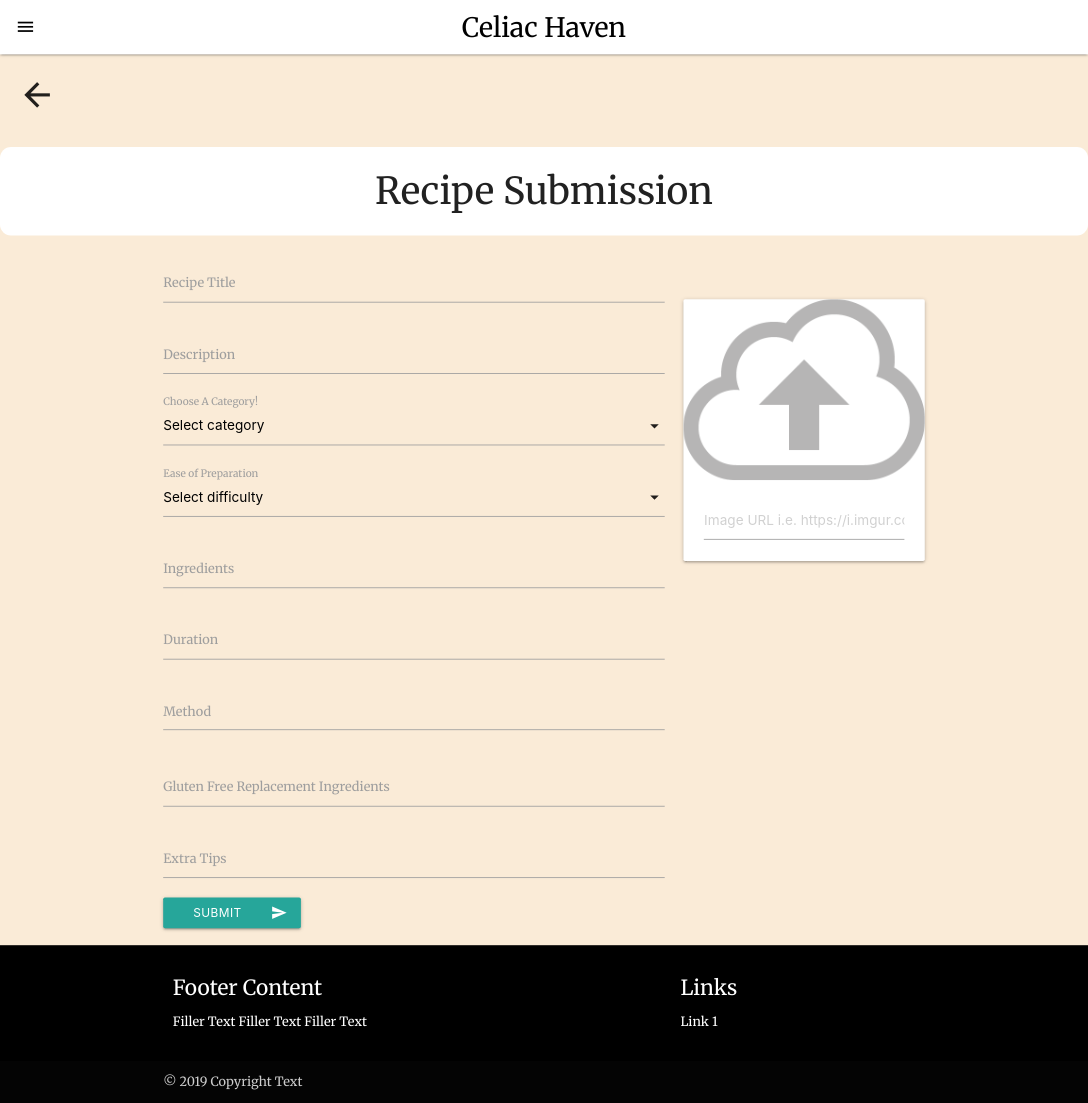
Repository: DanielJMaia/cookbook-project
Page: http://localhost/add_recipe
The author's editor kept a record of every edit. The page is drawn from the files as they stood at one moment, then again after the next edit.
The browser window is 1280 px wide. The pictures show the whole page, at 85% of full size.
Some web fonts or font styles are not loaded; a fallback is used. The page is served by the project's application, run on Flask 3 (app.py). Queries for data that is not in the repository find no rows.

Above is the page before.

### templates/add_recipe.html
{% extends 'base.html' %} {% block content %}
<div class="row">
    <div class="col s12">
        <i class="material-icons" id="back_icon">arrow_back</i>
    </div>
</div>
<h3 class="center-align" id="submit_recipe_header">Recipe Submission</h3>
<form action="{{url_for('insert_recipe')}}" method="POST" class="col s12 m8" autocomplete="off">
    <div class="container">
        <div class="row">
            <div class="col s11 m4 submit_image_spacing">
                <div class="card">
                    <div class="card-image">
                        <img src="/static/img/upload.jpg" class="image">
                    </div>
                    <div class="card-content">
                        <input id="add_image" type="text" class="validate" name="url" placeholder="Image URL i.e. https://i.imgur.com/PuHbs0g.jpg" required>
                    </div>
                </div>
            </div>
            <div class="input-field col s11 m8">
                <input id="recipe_title" type="text" class="validate" name="title" required>
                <label for="recipe_title">Recipe Title</label>
            </div>
            <div class="input-field col s11 m8">
                <input id="recipe_description" type="text" class="validate" name="description" required>
                <label for="recipe_description">Description</label>
            </div>
            <div class="input-field col s11 m8">
                <select name="category" required>
                        <option selected disabled value>Select category</option>
                    {% for cat in second_category %}
                        <option value="{{ cat.category }}" >{{ cat.category }}</option>
                    {% endfor %}
                </select>
                <label>Choose A Category!</label>
            </div>
            <div class="input-field col s11 m8">
                <select name="difficulty" required>
                        <option selected disabled value>Select difficulty</option>
                    {% for diff in difficulty %}
                        <option value="{{ diff.difficulty }}" >{{ diff.difficulty }}</option>
                    {% endfor %}
                </select>
                <label>Ease of Preparation</label>
            </div>
            <div class="input-field col s11 m8">
                <input id="ingredients" type="text" class="validate" name="ingredients" required>
                <label for="ingredients">Ingredients</label>
            </div>
            <div class="input-field col s11 m8">
                <input id="duration" type="text" class="validate" name="prep_duration" required>
                <label for="duration">Duration</label>
            </div>
            <div class="input-field col s11 m8">
                <textarea id="textarea1" class="materialize-textarea" name="method" required></textarea>
                <label for="textarea1">Method</label>
            </div>
            <div class="input-field col s11 m8">
                <input id="gf_ingredient" type="text" class="validate" name="gf_ingredient">
                <label for="gf_ingredient">Gluten Free Replacement Ingredients</label>
            </div>
            <div class="input-field col s11 m8">
                <input id="tips" type="text" class="validate" name="tips">
                <label for="tips">Extra Tips</label>
            </div>
            <div class="col s12 center-align">
                <button class="btn waves-effect waves-light button_form_min_width" type="submit" name="action">Submit
                    <i class="material-icons right">send</i>
                </button>
            </div>
        </div>
    </div>
</form>
{% endblock %}

### templates/base.html
<!DOCTYPE html>
<html lang="en">

<head>
    <meta charset="UTF-8">
    <meta name="viewport" content="width=device-width, initial-scale=1.0">
    <meta http-equiv="X-UA-Compatible" content="ie=edge">
    <title>GF Recipes!</title>

    <link rel="stylesheet" href="https://cdnjs.cloudflare.com/ajax/libs/materialize/1.0.0/css/materialize.min.css">
    <link href="https://fonts.googleapis.com/icon?family=Material+Icons" rel="stylesheet">
    <link href="https://fonts.googleapis.com/css?family=Merriweather|Solway&display=swap" rel="stylesheet">
    <link rel="stylesheet" href="{{url_for('static', filename='css/style.css')}}" type="text/css" />
</head>

<body>
    <header>
        <nav class="white">
            <div class="nav-wrapper">
                <a href="{{url_for('home')}}" class="brand-logo center black-text">Celiac Haven</a>
                <a href="#" data-target="mobile-demo" class="sidenav-trigger show-on-large"><i class="material-icons black-text">menu</i></a>
            </div>
        </nav>



        <ul class="sidenav" id="mobile-demo">
            <li><a href="{{url_for('home')}}">Home</a></li>
            <li><a href="{{url_for('add_recipe')}}">Add A Recipe</a></li>
            {% for cat in categories %}
            <li><a href="{{url_for('get_recipes', recipe_category=cat.category)}}">{{ cat.category }}</a></li>
            {% endfor %}
        </ul>


    </header>
    <main>
        {% block content %} {% endblock %}
    </main>

    <footer class="page-footer black">
        <div class="container">
            <div class="row">
                <div class="col l6 s12">
                    <h5 class="white-text">Footer Content</h5>
                    <p class="white-text text-lighten-4">Filler Text Filler Text Filler Text</p>
                </div>
                <div class="col l4 offset-l2 s12">
                    <h5 class="white-text">Links</h5>
                    <ul>
                        <li><a class="white-text text-lighten-3" href="#!">Link 1</a></li>
                    </ul>
                </div>
            </div>
        </div>
        <div class="footer-copyright">
            <div class="container">
                © 2019 Copyright Text
            </div>
        </div>
    </footer>

    <script src="https://cdnjs.cloudflare.com/ajax/libs/jquery/3.4.1/jquery.js" integrity="sha256-WpOohJOqMqqyKL9FccASB9O0KwACQJpFTUBLTYOVvVU=" crossorigin="anonymous"></script>
    <script src="https://cdnjs.cloudflare.com/ajax/libs/materialize/1.0.0/js/materialize.min.js"></script>
    <script type="text/javascript" src="/static/js/initialization.js"></script>

</body>

</html>

### app.py
import os
import env
from flask import Flask, render_template, redirect, request, url_for
from flask_pymongo import PyMongo
from bson.objectid import ObjectId

app = Flask(__name__)

app.config["MONGO_DBNAME"] = 'milestone-project-cookbook'
app.config['MONGO_URI'] = os.getenv('MONGO_URI', "Env value not loaded")

mongo = PyMongo(app)

@app.route('/')
def home():
    return render_template("index.html",
    categories=mongo.db.categories.find(),
    second_category=mongo.db.categories.find())

@app.route('/get_recipes/<recipe_category>')
def get_recipes(recipe_category):
    return render_template("recipes.html",
    categories=mongo.db.categories.find(),
    recipes=mongo.db.recipes.find({"category": recipe_category}))

@app.route('/add_recipe')
def add_recipe():
    return render_template("add_recipe.html",
    categories=mongo.db.categories.find(),
    second_category=mongo.db.categories.find(),
    difficulty=mongo.db.difficulty.find())

@app.route('/insert_recipe', methods=["POST"])
def insert_recipe():
    recipes = mongo.db.recipes
    recipes.insert_one(request.form.to_dict())
    return redirect(url_for('home'))

@app.route('/edit_recipe/<recipe_id>')
def edit_recipe(recipe_id):
    _recipe = mongo.db.recipes.find_one({"_id": ObjectId(recipe_id)})
    _categories = mongo.db.categories.find()
    _difficulty = mongo.db.difficulty.find()
    category_list = [category for category in _categories]
    return render_template('edit_recipe.html', recipe=_recipe, categories=category_list, difficulty=_difficulty)

@app.route('/update_recipe/<recipe_id>', methods=["POST"])
def update_recipe(recipe_id):
    recipes = mongo.db.recipes
    recipes.update({'_id': ObjectId(recipe_id)},
    {
        'title' : request.form.get('title'),
        'category' : request.form.get('category'),
        'gf_ingredient' : request.form.get('gf_ingredient'),
        'prep_duration' : request.form.get('prep_duration'),
        'difficulty' : request.form.get('difficulty'),
        'method' : request.form.get('method'),
        'ingredients' : request.form.get('ingredients'),
        'description' : request.form.get('description'),
        'tips' : request.form.get('tips')
    })
    return redirect(url_for('home'))

@app.route('/view_recipe/<recipe_id>')
def view_recipe(recipe_id):
    return render_template('view_recipe.html',
    recipes = mongo.db.recipes.find({"_id": ObjectId(recipe_id)}), categories=mongo.db.categories.find())


if __name__  == '__main__':
    app.run(host=os.environ.get('IP'),
    port=int(os.environ.get('PORT')),
    debug=True)

### static/css/style.css
body {
  display: flex;
  min-height: 100vh;
  flex-direction: column;
  font-family: 'Solway', 'Merriweather', serif;
  background-color: #faebd7;
}

main {
  flex: 1 0 auto;
}

.brand-logo {
  width: fit-content;
}

#quote {
  background-image: url("https://i.imgur.com/PuHbs0g.jpg");
  background-size: cover;
  padding-top: 17rem;
  text-align: center;
  height: 55rem;
  text-shadow: 0.5px 0.5px #aaa6a6;
}

.quote_header {
  background-color: white;
  width: fit-content;
  padding: 13px;
  border-radius: 6px;
  margin-left: 15px;
  margin-right: 15px;
}


#submit_recipe_header {
  background-color: white;
  margin-left: auto;
  margin-right: auto;
  border-radius: 13px;
  padding: 28px;
}

.recipe_modify_container {
  background-color: white;
  padding: 25px;
  border-radius: 13px;
  margin-bottom: 40px;
}

.button_form_min_width {
  min-width: 162px;
  float: left;
}

.submit_image_spacing {
  padding-top: 50px!important;
  float: right!important;
}

.recipe_banner {
  background-size: cover;
  resize: both;
}

.recipe_information_box {
  width: 100%
}

.recipe_image_information_container {
  position: relative;
}

.recipe_information {
  background-color: white;
  margin: -2rem;
  padding: 2rem;
}

#recipe_image {
  height: auto;
  width: 100%;
  position: relative;
}

.responsive_image {
  object-fit: cover;
  height: 20rem;
}

#back_icon {
  padding: 10px;
  font-size: 3rem;
  border-radius: 100%;
  margin-top: 1rem;
  cursor: pointer;
}


.separation {
  min-height: 2rem;
  background-color: #faebd7;
}

.edit_button {
  float: right;
}

.card-content {
  max-height: 95px;
}

/* Text Decoration Classes */

.underline {
  text-decoration: underline;
}


@media (min-width: 768px) {
  .recipe_information_box {
    position: absolute;
    right: 5%;
    top: 5%;
    width: 40%;
  }
  .quote_header {
    margin-left: auto;
    margin-right: auto;
  }
  #recipe_information_row {
    padding: 0 25px 0 25px;
  }
}

@media (min-width: 1000px) {
  .recipe_information_box {
    width: 30%;
  }
}


@media (min-width: 1200px) {
  .recipe_information_box {
    width: 20%;
  }
}

@media (min-width: 2560px) {}

@media (min-width: 3840px) {}

### static/js/initialization.js
$(document).ready(function() {
    $('.sidenav').sidenav();
    $('.tabs').tabs();
    $('input#input_text, textarea#textarea2').characterCounter();
    $('select').formSelect();
});

document.getElementById("back_icon").addEventListener("click", goBack)

function goBack(){
    window.history.back();
}

After the next edit:
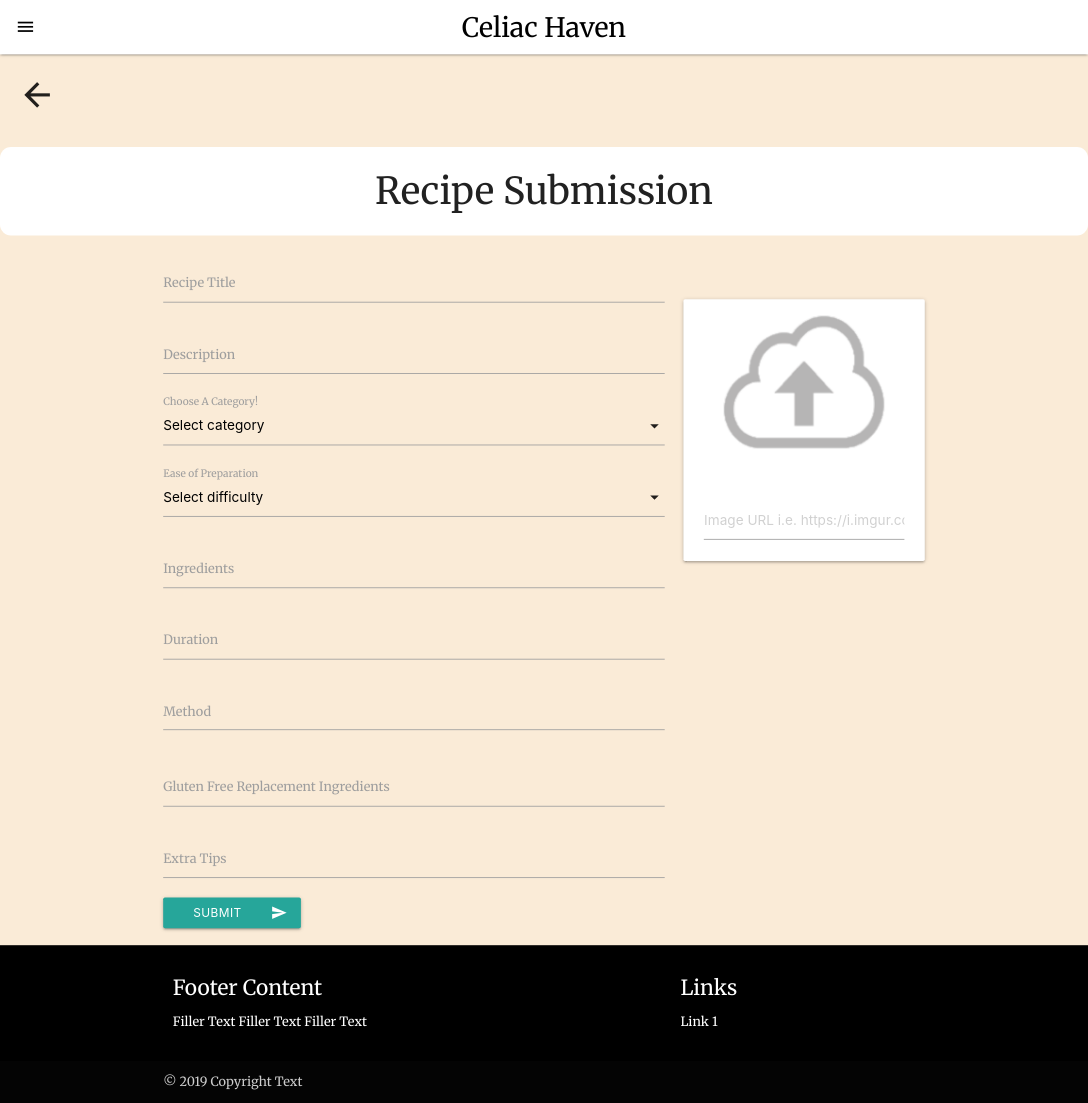
The edit:
--- a/templates/add_recipe.html
+++ b/templates/add_recipe.html
@@ -11,7 +11,7 @@
             <div class="col s11 m4 submit_image_spacing">
                 <div class="card">
                     <div class="card-image">
-                        <img src="/static/img/upload.jpg" class="image">
+                        <img src="/static/img/shrunk_upload.png" class="image">
                     </div>
                     <div class="card-content">
                         <input id="add_image" type="text" class="validate" name="url" placeholder="Image URL i.e. https://i.imgur.com/PuHbs0g.jpg" required>
